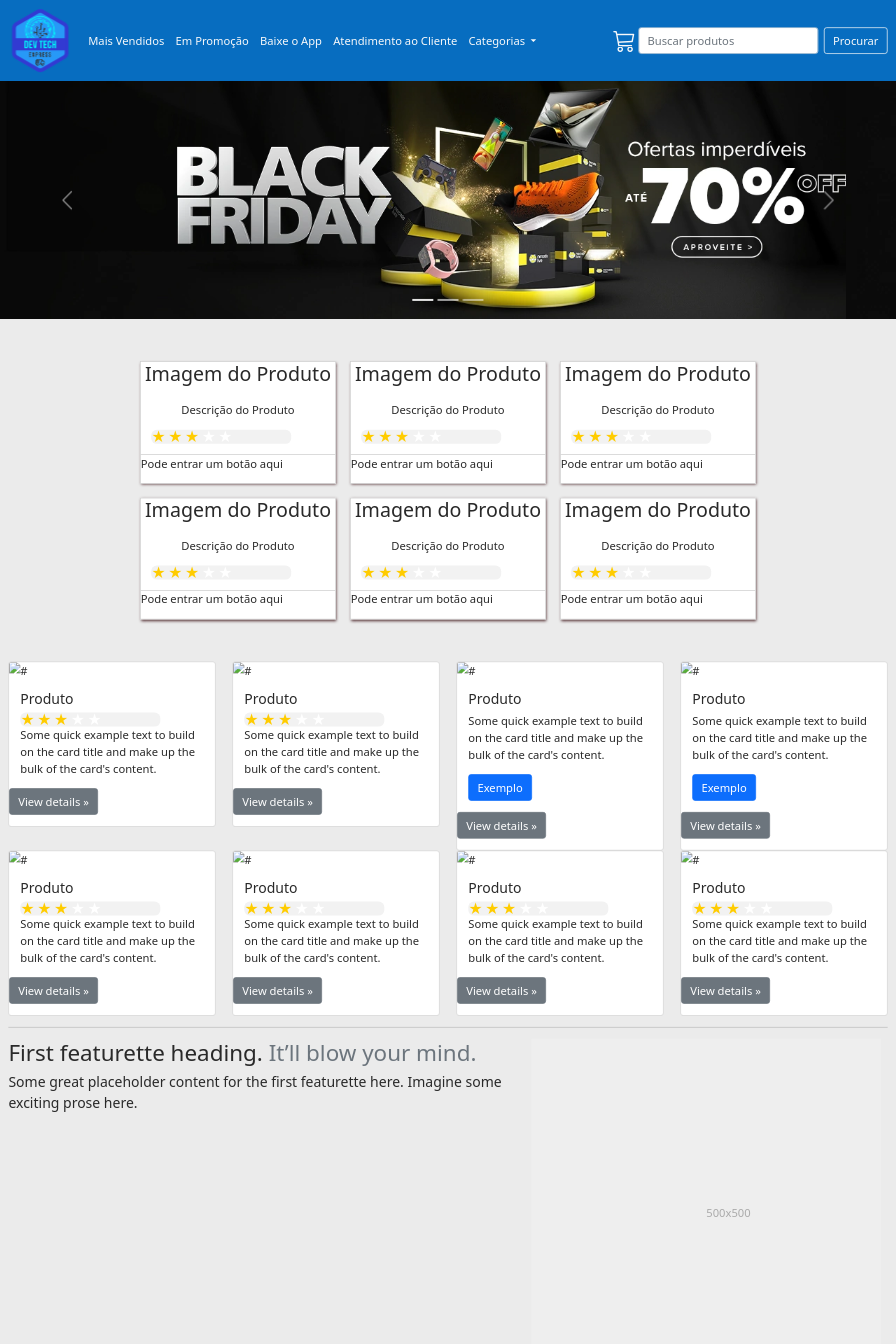
Repository: dantas-barreto/trabalho-interdisciplinar-IDW-IAP
Page: index.html
These files come from the project's save history. The page is drawn as it stood at one moment and after the next save; the edit follows.
The browser window is 1280 px wide. The pictures show the part of the page from y = 0 to 1920 px (the page is 3123 px tall before and 3238 px after), at 70% of full size.
Some web libraries are served in a nearby version.

Above is the page before, as saved 2021-11-30 23:10:38.

### index.html
<!DOCTYPE html>
<html lang="pt-br">
  <head>
    <meta charset="utf-8" />
    <meta name="viewport" content="width=device-width, initial-scale=1.0" />
    <link
      href="https://cdn.jsdelivr.net/npm/bootstrap@5.1.3/dist/css/bootstrap.min.css"
      rel="stylesheet"
      integrity="sha384-1BmE4kWBq78iYhFldvKuhfTAU6auU8tT94WrHftjDbrCEXSU1oBoqyl2QvZ6jIW3"
      crossorigin="anonymous"
    />
    <link
      rel="stylesheet"
      href="https://cdn.jsdelivr.net/npm/bootstrap-icons@1.7.1/font/bootstrap-icons.css"
    />
    <link rel="shortcut icon" href="img/favicon.ico" type="image/x-icon" />
    <link rel="stylesheet" href="css/globalStyle.css" />
    <title>DevTech Express</title>
  </head>
  <body>
    <nav class="navbar navbar-expand-lg header">
      <div class="container-fluid">
        <a class="navbar-brand" href="#">
          <img
            src="img/logo.png"
            width="90rem"
            height="90rem"
            alt="Logo DevTech Express"
          />
        </a>
        <button
          class="navbar-toggler"
          type="button"
          data-bs-toggle="collapse"
          data-bs-target="#navbarSupportedContent"
          aria-controls="navbarSupportedContent"
          aria-expanded="false"
          aria-label="Toggle navigation"
        >
          <span class="navbar-toggler-icon"></span>
        </button>
        <div class="collapse navbar-collapse" id="navbarSupportedContent">
          <ul class="navbar-nav me-auto mb-2 mb-lg-0">
            <li class="nav-item">
              <a
                class="nav-link link-light headerOption active"
                aria-current="page"
                href="#"
                >Mais Vendidos</a
              >
            </li>
            <li class="nav-item">
              <a
                class="nav-link link-light headerOption active"
                href="Clientes.html"
                >Em Promoção</a
              >
            </li>
            <li class="nav-item">
              <a
                class="nav-link link-light headerOption active"
                href="Fornecedores.html"
                >Baixe o App</a
              >
            </li>
            <li class="nav-item">
              <a
                class="nav-link link-light headerOption active"
                href="Produtos.html"
                >Atendimento ao Cliente</a
              >
            </li>
            <li class="nav-item dropdown">
              <a
                class="nav-link link-light headerOption active dropdown-toggle"
                href="#"
                id="navbarDropdown"
                role="button"
                data-bs-toggle="dropdown"
                aria-expanded="false"
              >
                Categorias
              </a>
              <ul class="dropdown-menu" aria-labelledby="navbarDropdown">
                <li><a class="dropdown-item" href="#">Categoria 01</a></li>
                <li><a class="dropdown-item" href="#">Categoria 02</a></li>
                <li><a class="dropdown-item" href="#">Categoria 03</a></li>
                <li><a class="dropdown-item" href="#">Categoria 04</a></li>
                <li><a class="dropdown-item" href="#">Categoria 05</a></li>
                <li><a class="dropdown-item" href="#">Categoria 06</a></li>
                <li><a class="dropdown-item" href="#">Categoria 07</a></li>
                <li><a class="dropdown-item" href="#">Categoria 08</a></li>
              </ul>
            </li>
          </ul>
          <i class="bi bi-cart3 text-light me-1" style="font-size: 2em"></i>
          <form class="d-flex" id="procurar">
            <input
              class="form-control me-2"
              type="search"
              placeholder="Buscar produtos"
              aria-label="Search"
            />
            <button class="btn btn-outline-light" type="submit">
              Procurar
            </button>
          </form>
        </div>
      </div>
    </nav>

    <main>
      <div id="myCarousel" class="carousel slide mb-4" data-bs-ride="carousel">
        <div class="carousel-indicators">
          <button
            type="button"
            data-bs-target="#myCarousel"
            data-bs-slide-to="0"
            class="active"
            aria-current="true"
            aria-label="Slide 1"
          ></button>
          <button
            type="button"
            data-bs-target="#myCarousel"
            data-bs-slide-to="1"
            aria-label="Slide 2"
          ></button>
          <button
            type="button"
            data-bs-target="#myCarousel"
            data-bs-slide-to="2"
            aria-label="Slide 3"
          ></button>
        </div>
        <div class="carousel-inner">
          <div class="carousel-item active">
            <img src="img/exemplo3.webp" alt="Product #1" />
          </div>
          <div class="carousel-item">
            <img src="img/exemplo2.webp" alt="Product #2" />
          </div>
          <div class="carousel-item">
            <img src="img/exemplo1.webp" alt="Product #3" />
          </div>
        </div>
        <button
          class="carousel-control-prev"
          type="button"
          data-bs-target="#myCarousel"
          data-bs-slide="prev"
        >
          <span class="carousel-control-prev-icon" aria-hidden="true"></span>
          <span class="visually-hidden">Previous</span>
        </button>
        <button
          class="carousel-control-next"
          type="button"
          data-bs-target="#myCarousel"
          data-bs-slide="next"
        >
          <span class="carousel-control-next-icon" aria-hidden="true"></span>
          <span class="visually-hidden">Next</span>
        </button>
      </div>

      <div class="container-fluid marketing">
        <div class="wrapper">
          <div class="block">
            <div class="tag_name">
              <h3>Imagem do Produto</h3>
            </div>
            <div class="block_desc">
              <p>Descrição do Produto</p>
              <div class="classificacao">
                <div class="qualidade" style="--rating: 3"></div>
              </div>
            </div>
            <div class="block_link">
              <p>Pode entrar um botão aqui</p>
            </div>
          </div>
          <div class="block">
            <div class="tag_name">
              <h3>Imagem do Produto</h3>
            </div>
            <div class="block_desc">
              <p>Descrição do Produto</p>
              <div class="classificacao">
                <div class="qualidade" style="--rating: 3"></div>
              </div>
            </div>
            <div class="block_link">
              <p>Pode entrar um botão aqui</p>
            </div>
          </div>
          <div class="block">
            <div class="tag_name">
              <h3>Imagem do Produto</h3>
            </div>
            <div class="block_desc">
              <p>Descrição do Produto</p>
              <div class="classificacao">
                <div class="qualidade" style="--rating: 3"></div>
              </div>
            </div>
            <div class="block_link">
              <p>Pode entrar um botão aqui</p>
            </div>
          </div>
          <div class="block">
            <div class="tag_name">
              <h3>Imagem do Produto</h3>
            </div>
            <div class="block_desc">
              <p>Descrição do Produto</p>
              <div class="classificacao">
                <div class="qualidade" style="--rating: 3"></div>
              </div>
            </div>
            <div class="block_link">
              <p>Pode entrar um botão aqui</p>
            </div>
          </div>
          <div class="block">
            <div class="tag_name">
              <h3>Imagem do Produto</h3>
            </div>
            <div class="block_desc">
              <p>Descrição do Produto</p>
              <div class="classificacao">
                <div class="qualidade" style="--rating: 3"></div>
              </div>
            </div>
            <div class="block_link">
              <p>Pode entrar um botão aqui</p>
            </div>
          </div>
          <div class="block">
            <div class="tag_name">
              <h3>Imagem do Produto</h3>
            </div>
            <div class="block_desc">
              <p>Descrição do Produto</p>
              <div class="classificacao">
                <div class="qualidade" style="--rating: 3"></div>
              </div>
            </div>
            <div class="block_link">
              <p>Pode entrar um botão aqui</p>
            </div>
          </div>
        </div>

        <div class="row">
          <!-- Fazer os cards ficarem do mesmo tamanho que o maior -->
          <div class="col-xl-3 col-lg-4 col-md-6">
            <div class="card">
              <img src="#" class="card-img-top" alt="#" />
              <div class="card-body">
                <h5 class="card-title">Produto</h5>
                <div class="classificacao">
                  <div class="qualidade" style="--rating: 3"></div>
                </div>
                <p class="card-text">
                  Some quick example text to build on the card title and make up
                  the bulk of the card's content.
                </p>
              </div>
              <p>
                <a class="btn btn-secondary" href="#">View details &raquo;</a>
              </p>
            </div>
          </div>
          <div class="col-xl-3 col-lg-4 col-md-6">
            <div class="card">
              <img src="#" class="card-img-top" alt="#" />
              <div class="card-body">
                <h5 class="card-title">Produto</h5>
                <div class="classificacao">
                  <div class="qualidade" style="--rating: 3"></div>
                </div>
                <p class="card-text">
                  Some quick example text to build on the card title and make up
                  the bulk of the card's content.
                </p>
              </div>
              <p>
                <a class="btn btn-secondary" href="#">View details &raquo;</a>
              </p>
            </div>
          </div>
          <div class="col-xl-3 col-lg-4 col-md-6">
            <div class="card">
              <img src="#" class="card-img-top" alt="#" />
              <div class="card-body">
                <h5 class="card-title">Produto</h5>
                <p class="card-text">
                  Some quick example text to build on the card title and make up
                  the bulk of the card's content.
                </p>
                <a href="#" class="btn btn-primary">Exemplo</a>
              </div>
              <p>
                <a class="btn btn-secondary" href="#">View details &raquo;</a>
              </p>
            </div>
          </div>
          <div class="col-xl-3 col-lg-4 col-md-6">
            <div class="card">
              <img src="#" class="card-img-top" alt="#" />
              <div class="card-body">
                <h5 class="card-title">Produto</h5>
                <p class="card-text">
                  Some quick example text to build on the card title and make up
                  the bulk of the card's content.
                </p>
                <a href="#" class="btn btn-primary">Exemplo</a>
              </div>
              <p>
                <a class="btn btn-secondary" href="#">View details &raquo;</a>
              </p>
            </div>
          </div>
          <div class="col-xl-3 col-lg-4 col-md-6">
            <div class="card">
              <img src="#" class="card-img-top" alt="#" />
              <div class="card-body">
                <h5 class="card-title">Produto</h5>
                <div class="classificacao">
                  <div class="qualidade" style="--rating: 3"></div>
                </div>
                <p class="card-text">
                  Some quick example text to build on the card title and make up
                  the bulk of the card's content.
                </p>
              </div>
              <p>
                <a class="btn btn-secondary" href="#">View details &raquo;</a>
              </p>
            </div>
          </div>
          <div class="col-xl-3 col-lg-4 col-md-6">
            <div class="card">
              <img src="#" class="card-img-top" alt="#" />
              <div class="card-body">
                <h5 class="card-title">Produto</h5>
                <div class="classificacao">
                  <div class="qualidade" style="--rating: 3"></div>
                </div>
                <p class="card-text">
                  Some quick example text to build on the card title and make up
                  the bulk of the card's content.
                </p>
              </div>
              <p>
                <a class="btn btn-secondary" href="#">View details &raquo;</a>
              </p>
            </div>
          </div>
          <div class="col-xl-3 col-lg-4 col-md-6">
            <div class="card">
              <img src="#" class="card-img-top" alt="#" />
              <div class="card-body">
                <h5 class="card-title">Produto</h5>
                <div class="classificacao">
                  <div class="qualidade" style="--rating: 3"></div>
                </div>
                <p class="card-text">
                  Some quick example text to build on the card title and make up
                  the bulk of the card's content.
                </p>
              </div>
              <p>
                <a class="btn btn-secondary" href="#">View details &raquo;</a>
              </p>
            </div>
          </div>
          <div class="col-xl-3 col-lg-4 col-md-6">
            <div class="card">
              <img src="#" class="card-img-top" alt="#" />
              <div class="card-body">
                <h5 class="card-title">Produto</h5>
                <div class="classificacao">
                  <div class="qualidade" style="--rating: 3"></div>
                </div>
                <p class="card-text">
                  Some quick example text to build on the card title and make up
                  the bulk of the card's content.
                </p>
              </div>
              <p>
                <a class="btn btn-secondary" href="#">View details &raquo;</a>
              </p>
            </div>
          </div>
        </div>

        <hr class="featurette-divider" />

        <div class="row featurette">
          <div class="col-md-7">
            <h2 class="featurette-heading">
              First featurette heading.
              <span class="text-muted">It’ll blow your mind.</span>
            </h2>
            <p class="lead">
              Some great placeholder content for the first featurette here.
              Imagine some exciting prose here.
            </p>
          </div>
          <div class="col-md-5">
            <svg
              class="
                bd-placeholder-img bd-placeholder-img-lg
                featurette-image
                img-fluid
                mx-auto
              "
              width="500"
              height="500"
              xmlns="http://www.w3.org/2000/svg"
              role="img"
              aria-label="Placeholder: 500x500"
              preserveAspectRatio="xMidYMid slice"
              focusable="false"
            >
              <title>Placeholder</title>
              <rect width="100%" height="100%" fill="#eee" />
              <text x="50%" y="50%" fill="#aaa" dy=".3em">500x500</text>
            </svg>
          </div>
        </div>

        <hr class="featurette-divider" />

        <div class="row featurette">
          <div class="col-md-7 order-md-2">
            <h2 class="featurette-heading">
              Oh yeah, it’s that good.
              <span class="text-muted">See for yourself.</span>
            </h2>
            <p class="lead">
              Another featurette? Of course. More placeholder content here to
              give you an idea of how this layout would work with some actual
              real-world content in place.
            </p>
          </div>
          <div class="col-md-5 order-md-1">
            <svg
              class="
                bd-placeholder-img bd-placeholder-img-lg
                featurette-image
                img-fluid
                mx-auto
              "
              width="500"
              height="500"
              xmlns="http://www.w3.org/2000/svg"
              role="img"
              aria-label="Placeholder: 500x500"
              preserveAspectRatio="xMidYMid slice"
              focusable="false"
            >
              <title>Placeholder</title>
              <rect width="100%" height="100%" fill="#eee" />
              <text x="50%" y="50%" fill="#aaa" dy=".3em">500x500</text>
            </svg>
          </div>
        </div>

        <hr class="featurette-divider" />

        <div class="row featurette">
          <div class="col-md-7">
            <h2 class="featurette-heading">
              And lastly, this one. <span class="text-muted">Checkmate.</span>
            </h2>
            <p class="lead">
              And yes, this is the last block of representative placeholder
              content. Again, not really intended to be actually read, simply
              here to give you a better view of what this would look like with
              some actual content. Your content.
            </p>
          </div>
          <div class="col-md-5">
            <svg
              class="
                bd-placeholder-img bd-placeholder-img-lg
                featurette-image
                img-fluid
                mx-auto
              "
              width="500"
              height="500"
              xmlns="http://www.w3.org/2000/svg"
              role="img"
              aria-label="Placeholder: 500x500"
              preserveAspectRatio="xMidYMid slice"
              focusable="false"
            >
              <title>Placeholder</title>
              <rect width="100%" height="100%" fill="#eee" />
              <text x="50%" y="50%" fill="#aaa" dy=".3em">500x500</text>
            </svg>
          </div>
        </div>
      </div>

      <footer class="container-fluid">
        <hr class="featurette-divider" />
        <p class="float-end"><a href="#">Voltar ao topo</a></p>
        <p>
          &copy; 2017–2021 Company, Inc. &middot;
          <a href="#">Privacy</a> &middot; <a href="#">Terms</a>
        </p>
      </footer>
    </main>

    <script
      src="https://cdn.jsdelivr.net/npm/bootstrap@5.1.3/dist/js/bootstrap.bundle.min.js"
      integrity="sha384-ka7Sk0Gln4gmtz2MlQnikT1wXgYsOg+OMhuP+IlRH9sENBO0LRn5q+8nbTov4+1p"
      crossorigin="anonymous"
    ></script>
  </body>
</html>

### css/globalStyle.css
:root {
  --fontColor: #292929;
  --bgColor: #ebebeb;
  --header: #610ce9;
  --general: #2c34c9;
  --effect: #4aa2f8;

  --fontColorClosed: #1b1b1b;
  --bgColorClosed: #989898;
  --headerClosed: #3f0897;
  --generalClosed: #1d2282;
  --effectClosed: #076dc0;

  --fontColorOpen: #747474;
  --bgColorOpen: #f2f2f2;
  --headerOpen: #975bf6;
  --generalOpen: #7277e0;
  --effectOpen: #7fc3fa;
}

* {
  color: var(--fontColor);
}

body {
  background-color: var(--bgColor);
}

.headerOption:hover {
  color: var(--effectOpen);
}

/* Header */
.header {
  background-color: var(--effectClosed);
}
/* End Header */

/* Icons */

/* End Icons */

/* Stars */
.classificacao {
  display: flex;
  justify-content: space-between;
}

.classificacao {
  background-color: #f2f2f2;
  border-radius: 8px;
  text-align: center;
  width: 200px;
}

.qualidade {
  --percent: calc(var(--rating) / 5 * 100%);
  display: inline-block;
  font-size: 20px;
  line-height: 1;
}

.qualidade::before {
  background: linear-gradient(90deg, #fc0 var(--percent), #fff var(--percent));
  content: "★★★★★";
  letter-spacing: 3px;
  background-clip: text;
  -webkit-background-clip: text;
  -webkit-text-fill-color: transparent;
}
/* End Stars */

/* Cards */
.wrapper {
  display: flex;
  flex-wrap: wrap;
  max-width: 900px;
  width: 100%;
  margin: 50px auto;
}

.block {
  width: calc(
    100% / 3 - 20px
  ); /*divide 100% da tela em 3 partes e subtrai o valor lateral da margem*/
  margin: 10px;
  background-color: #fff;
  border: 1px solid #ccc;
  box-shadow: 2px 2px 4px 0px rgba(51, 6, 10, 0.85);

  display: flex;
  flex-direction: column;
}

.tag_name {
  text-align: center;
}

.tag_name img {
  width: 100%;
  height: 100%;
}

.block_desc {
  text-align: center;
  padding: 15px;
  flex-grow: 1; /*empurra todo o conteúdo para baixo mantendo a altura do maior elemento*/
}

.block_link {
  border-top: 1px solid #ccc;
}
/* End Cards */

After the next save:
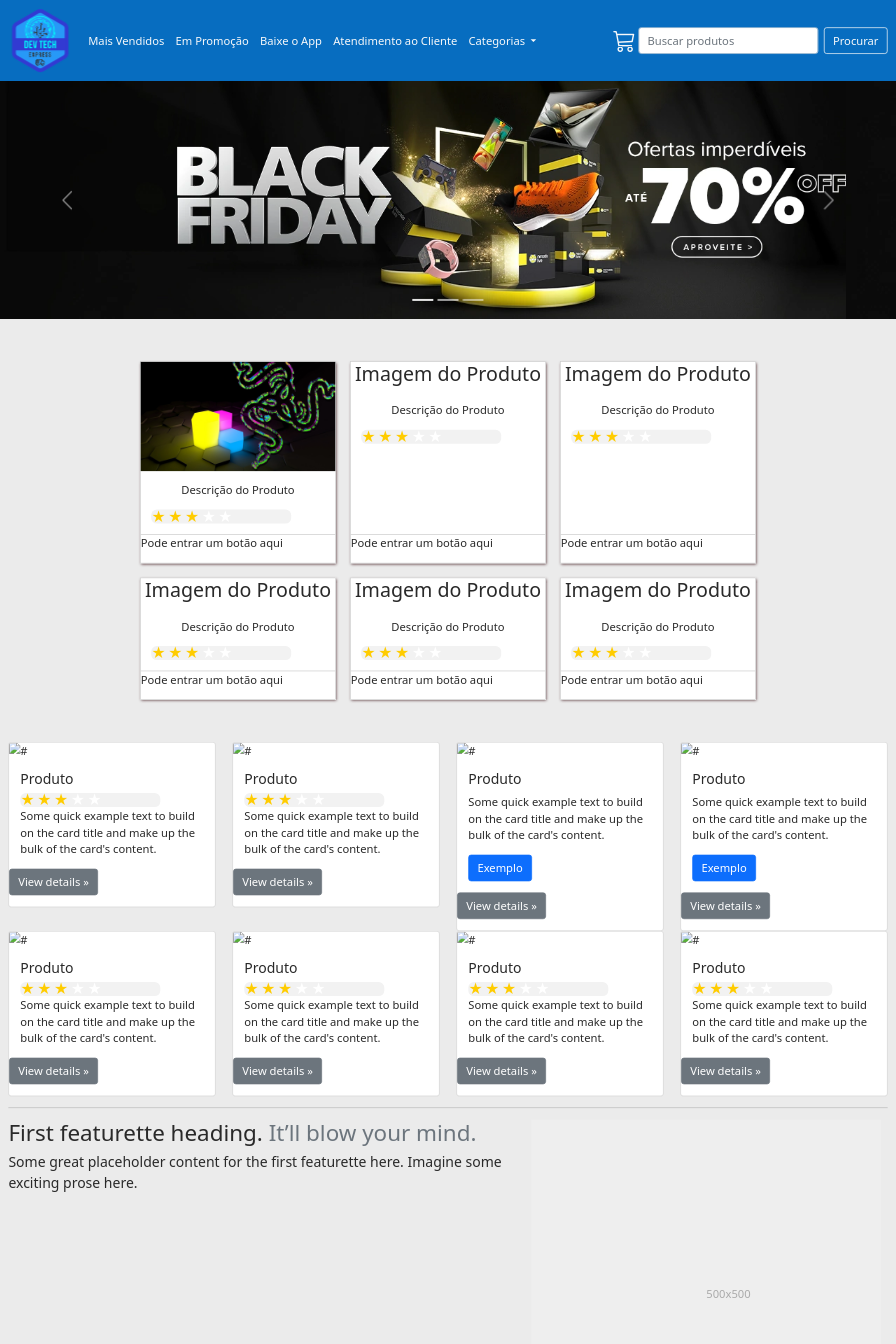
Saved 3 days later.
--- a/index.html
+++ b/index.html
@@ -168,7 +168,7 @@
         <div class="wrapper">
           <div class="block">
             <div class="tag_name">
-              <h3>Imagem do Produto</h3>
+              <img src="img/teste.jpg" alt="Iphone 12" />
             </div>
             <div class="block_desc">
               <p>Descrição do Produto</p>
